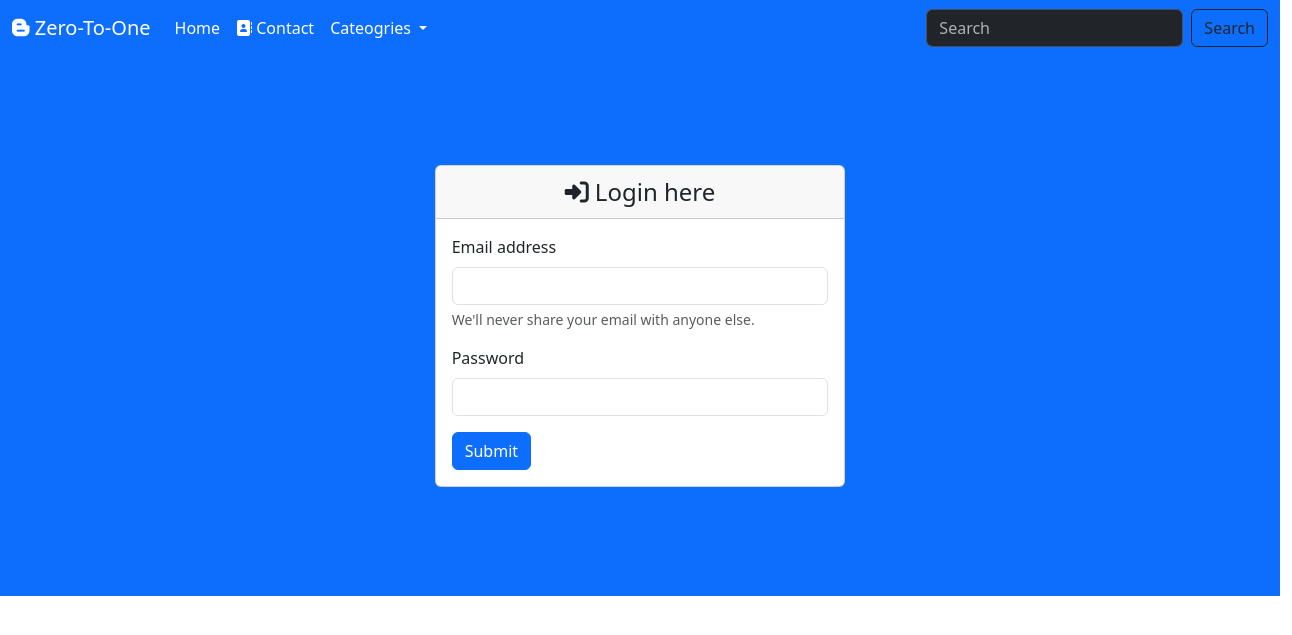
Repository: Gaurav560/PROJECT-ZeroToOne-TechBlog
Page: http://localhost/ZeroToOne/login_page.jsp
These files come from the project's save history. The page is drawn as it stood at one moment and after the next save; the edit follows.
The browser window is 1280 px wide. The page is 1292 px wide, so the pictures cover 1292 px, including what lies to the right of the window. The pictures show the whole page.
Some web libraries are served in a nearby version. The page is served by Tomcat 9. Other server files are loaded and not shown.

Above is the page before, as saved 2023-04-29 10:15:54.

### ZeroToOne/src/main/webapp/login_page.jsp
<%@ page language="java" contentType="text/html; charset=ISO-8859-1"
	pageEncoding="ISO-8859-1"%>
<!DOCTYPE html>
<html>
<head>
<meta charset="ISO-8859-1">
<title>Login Page</title>
<!--  Bootstrap css-->
<link
	href="https://cdn.jsdelivr.net/npm/bootstrap@5.3.0-alpha3/dist/css/bootstrap.min.css"
	rel="stylesheet"
	integrity="sha384-KK94CHFLLe+nY2dmCWGMq91rCGa5gtU4mk92HdvYe+M/SXH301p5ILy+dN9+nJOZ"
	crossorigin="anonymous">
<!--css  -->
<link href="css/style.css" rel="stylesheet" type="text/css" />
<!-- font-awesome -->
<script src="https://kit.fontawesome.com/d52455da93.js"
	crossorigin="anonymous"></script>
</head>
<body>
<!--  navbar starts here-->
<%@include file="indexNavbar.jsp" %>
<!-- navbar ends here -->

<!-- login card starts here -->
	<main class="d-grid align-items-center bg-primary" style="height:75vh">
		<div class="contaier ">
			<div class="row">
				<div class="col-md-4 offset-md-4">
					<div class="card">

						<div class="card-header fs-4 text-center"><i class="fa-solid  fa-right-to-bracket"></i>   Login here</div>
						<div class="card-body">

							<form>
								<div class="mb-3">
									<label for="exampleInputEmail1" class="form-label">Email
										address</label> <input type="email" class="form-control"
										id="exampleInputEmail1" aria-describedby="emailHelp">
									<div id="emailHelp" class="form-text">We'll never share
										your email with anyone else.</div>
								</div>
								<div class="mb-3">
									<label for="exampleInputPassword1" class="form-label">Password</label>
									<input type="password" class="form-control"
										id="exampleInputPassword1">
								</div>

								<button type="submit" class="btn btn-primary">Submit</button>
							</form>
						</div>
					</div>
					<form action="" method="post"></form>
				</div>
			</div>
		</div>

	</main>
<!-- login card ends here -->
















	<!-- jquery cdn -->
	<script src="https://code.jquery.com/jquery-3.6.4.min.js"
		integrity="sha256-oP6HI9z1XaZNBrJURtCoUT5SUnxFr8s3BzRl+cbzUq8="
		crossorigin="anonymous">

	</script>

	<!-- js  -->

	<script
		src="https://cdn.jsdelivr.net/npm/bootstrap@5.3.0-alpha3/dist/js/bootstrap.bundle.min.js"
		integrity="sha384-ENjdO4Dr2bkBIFxQpeoTz1HIcje39Wm4jDKdf19U8gI4ddQ3GYNS7NTKfAdVQSZe"
		crossorigin="anonymous"></script>
	<script src="js/myjs.js" type="text/javascript"></script>

</body>
</html>

### ZeroToOne/src/main/webapp/indexNavbar.jsp
<nav class="navbar navbar-expand-lg  bg-primary dar "   data-bs-theme="dark">
	<div class="container-fluid">

         <a class="navbar-brand" href="index.jsp"><i class="fa-brands fa-blogger-b"></i> Zero-To-One</a>
		<button class="navbar-toggler" type="button" data-bs-toggle="collapse"
			data-bs-target="#navbarSupportedContent"
			aria-controls="navbarSupportedContent" aria-expanded="false"
			aria-label="Toggle navigation">
			<span class="navbar-toggler-icon"></span>
		</button>
		<div class="collapse navbar-collapse" id="navbarSupportedContent">
			<ul class="navbar-nav me-auto mb-2 mb-lg-0">
				<li class="nav-item"><a class="nav-link active"
					aria-current="page" href="#">Home</a></li>
				<li class="nav-item"><a class="nav-link active" href="#"><i class="fa-solid fa-address-book"></i> Contact</a></li>
				<li class="nav-item dropdown"><a
					class="nav-link dropdown-toggle active" href="#" role="button"
					data-bs-toggle="dropdown" aria-expanded="false">Cateogries </a>
					<ul class="dropdown-menu">
						<li><a class="dropdown-item " href="#">Action</a></li>
						<li><a class="dropdown-item" href="#">Another action</a></li>
						<li><hr class="dropdown-divider"></li>
						<li><a class="dropdown-item" href="#">Something else here</a></li>
					</ul></li>

			</ul>
			<form class="d-flex" role="search">
				<input class="form-control me-2" type="search" placeholder="Search"
					aria-label="Search">
				<button class="btn btn-outline-dark" type="submit">Search</button>
			</form>
		</div>
	</div>
</nav>

### ZeroToOne/src/main/webapp/css/style.css
.bg-dar{

	padding:14px;
}
.jumbo{
	padding:60px;
}
.banner-background{
clip-path: polygon(30% 0%, 70% 0%, 100% 0, 100% 91%, 77% 88%, 36% 94%, 0 90%, 0 0);



}

Loaded but not shown: ZeroToOne/ZeroToOne/js/myjs.js (no stored copy; drawn as an empty file)

After the next save:
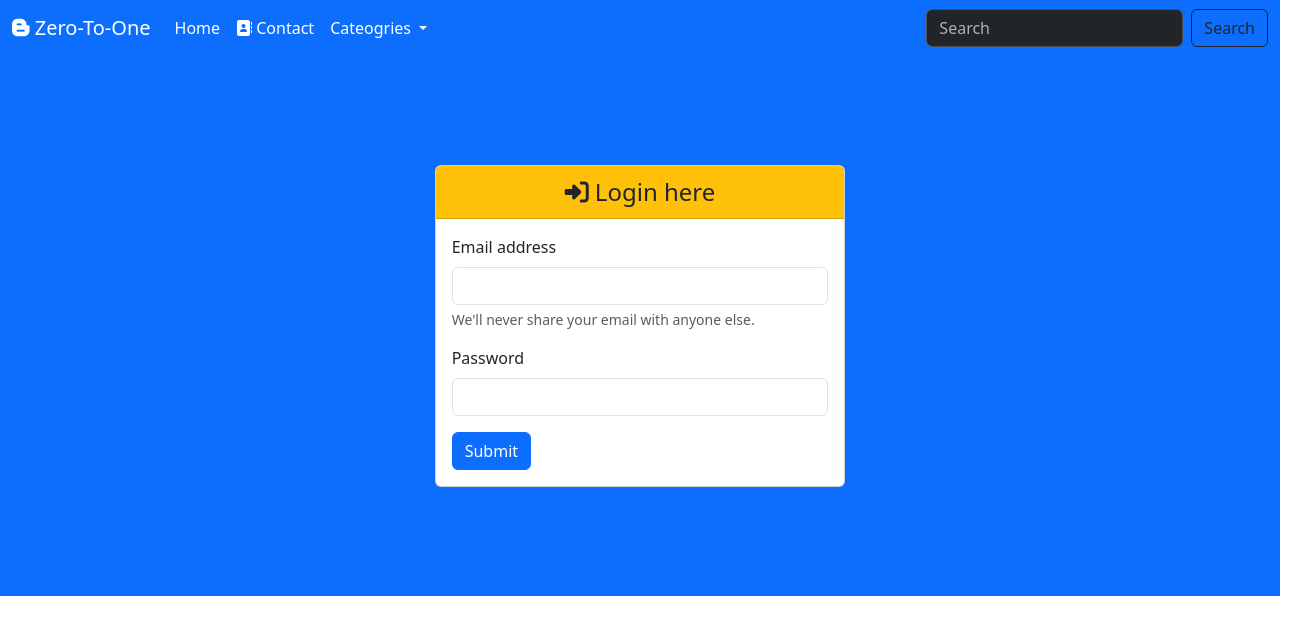
Saved 96 s later.
--- a/ZeroToOne/src/main/webapp/login_page.jsp
+++ b/ZeroToOne/src/main/webapp/login_page.jsp
@@ -29,7 +29,7 @@
 				<div class="col-md-4 offset-md-4">
 					<div class="card">
 
-						<div class="card-header fs-4 text-center"><i class="fa-solid  fa-right-to-bracket"></i>   Login here</div>
+						<div class="card-header fs-4 text-center bg-warning"><i class="fa-solid  fa-right-to-bracket"></i>   Login here</div>
 						<div class="card-body">
 
 							<form>
